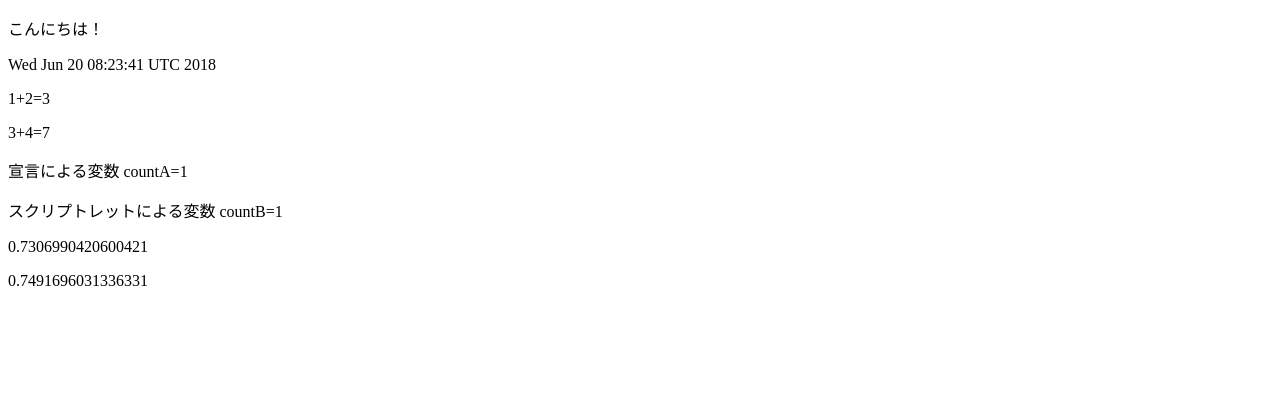
Repository: Kazuho-Komagamine/test
Page: http://localhost/HelloJSP/
An editor plug-in stored every save of this project. The page is shown before and after the next save, followed by the edit.
The browser window is 1280 px wide. The pictures show the whole page.
The page is served by Tomcat 9.

Above is the page before, as saved 2018-06-20 08:46:23.

After the next save:
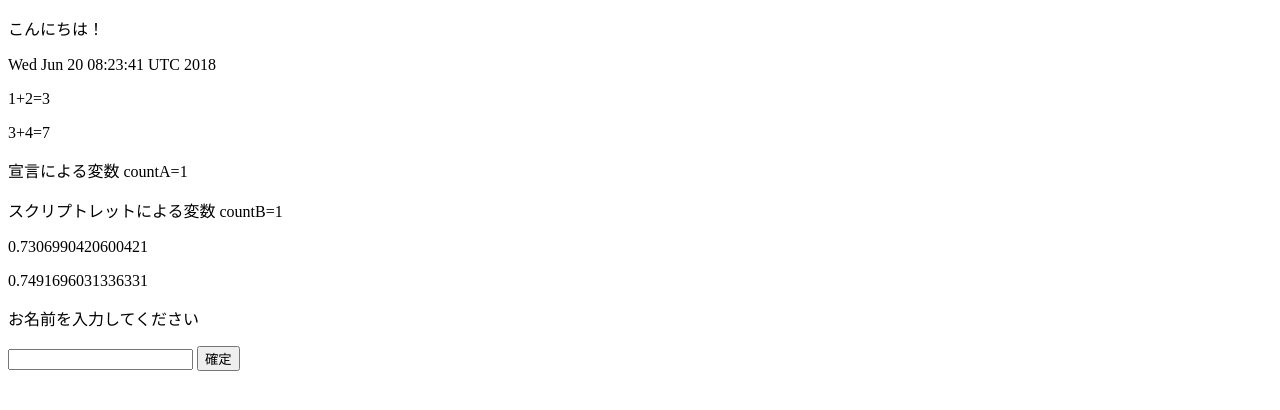
Saved 3 min 20 s later.
--- a/HelloJSP/WebContent/index.jsp
+++ b/HelloJSP/WebContent/index.jsp
@@ -31,5 +31,11 @@
 
     <p><% out.println(Math.random()); %></p>
     <p><%=Math.random() %></p>
+
+    <p>お名前を入力してください</p>
+    <form method="post" action="greeting-out.jsp">
+    <input type="text" name="user">
+    <input type="submit" value="確定"
+    </form>
 </body>
 </html>
